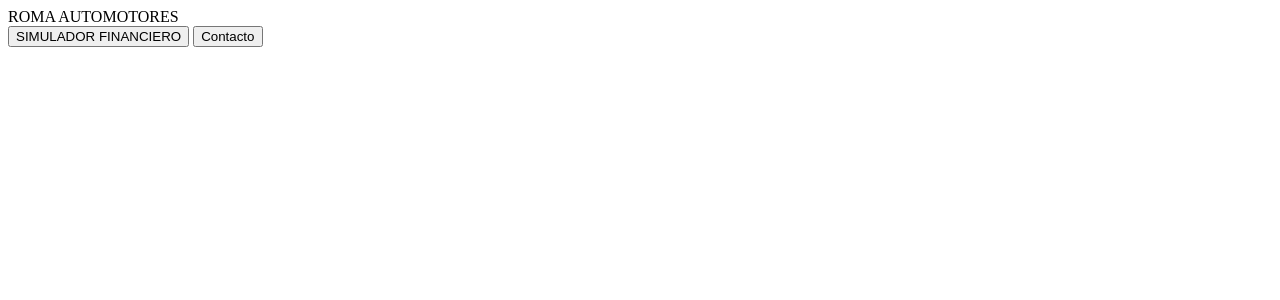
Repository: PPIII-9-012/Roma-System
Page: public/index.html
The author's editor kept a copy of each file at every save. The page is drawn from the files as they stood at one save, then again after the next save.
The browser window is 1280 px wide. The pictures show the whole page.

Above is the page before, as saved 2026-08-22 11:46:43.

### public/index.html
<!DOCTYPE html>
<html lang="es">
<head>
    <meta charset="UTF-8">
    <meta name="viewport" content="width=device-width, initial-scale=1.0">
    <title>Simulador Financiero — Roma Automotores</title>
    <link rel="preconnect" href="https://fonts.googleapis.com">
    <link href="https://fonts.googleapis.com/css2?family=Inter:wght@400;500;600;700&display=swap" rel="stylesheet">
    <style>

</style>
</head>
<body>
<div class="navbar">
    <div class="navbar-left">
        <span class="navbar-logo">ROMA</span>
        <span class="navbar-brand">AUTOMOTORES</span>
    </div>
    <div class="navbar-links">
        <button class="navbar-link active" type="button">SIMULADOR FINANCIERO</button>
        <button class="navbar-link" id="contacto-link">Contacto</button>
    </div>
</div>

</body>
</html>

After the next save:
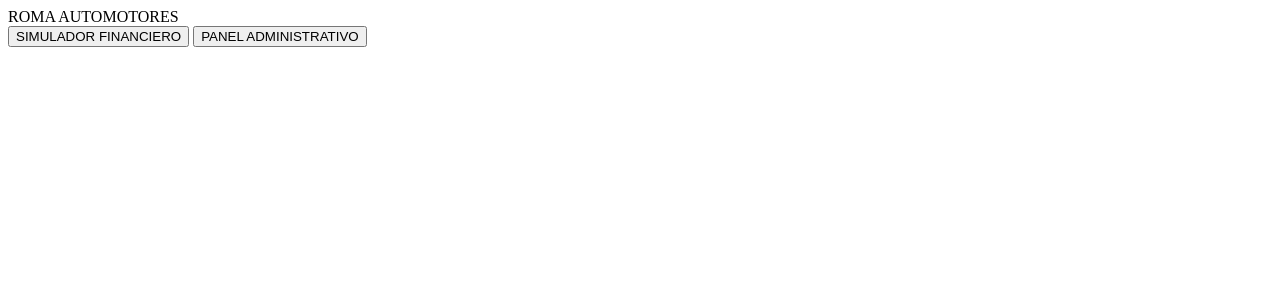
Saved 77 s later.
--- a/public/index.html
+++ b/public/index.html
@@ -18,7 +18,7 @@
     </div>
     <div class="navbar-links">
         <button class="navbar-link active" type="button">SIMULADOR FINANCIERO</button>
-        <button class="navbar-link" id="contacto-link">Contacto</button>
+        <button class="navbar-link" type="button" id="panelAdmimBtn">PANEL ADMINISTRATIVO</button>
     </div>
 </div>
 
